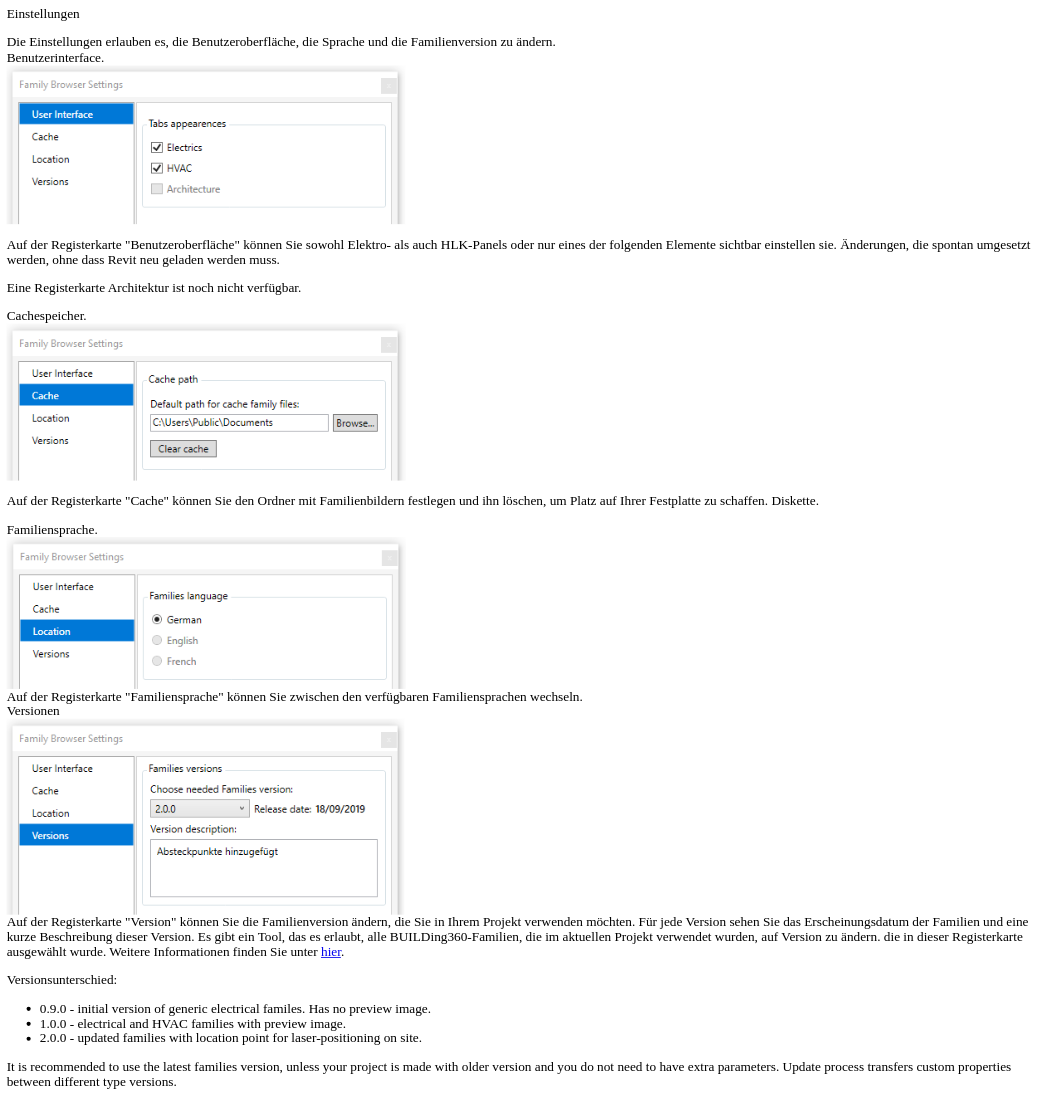
Repository: RomanLavrov/FamilyBrowserUserGuide
Page: http://localhost/FamilyBrowser/application/views/de/settings_view.php
An editor plug-in stored every save of this project. The page is shown before and after a run of saves, followed by the edit.
The browser window is 1280 px wide. The pictures show the whole page, at 83% of full size.
The page is run by PHP 8.4 with error messages shown; the project is at /var/www/html/.

Above is the page before, as saved 2019-10-24 16:13:03.

After the next 4 saves:
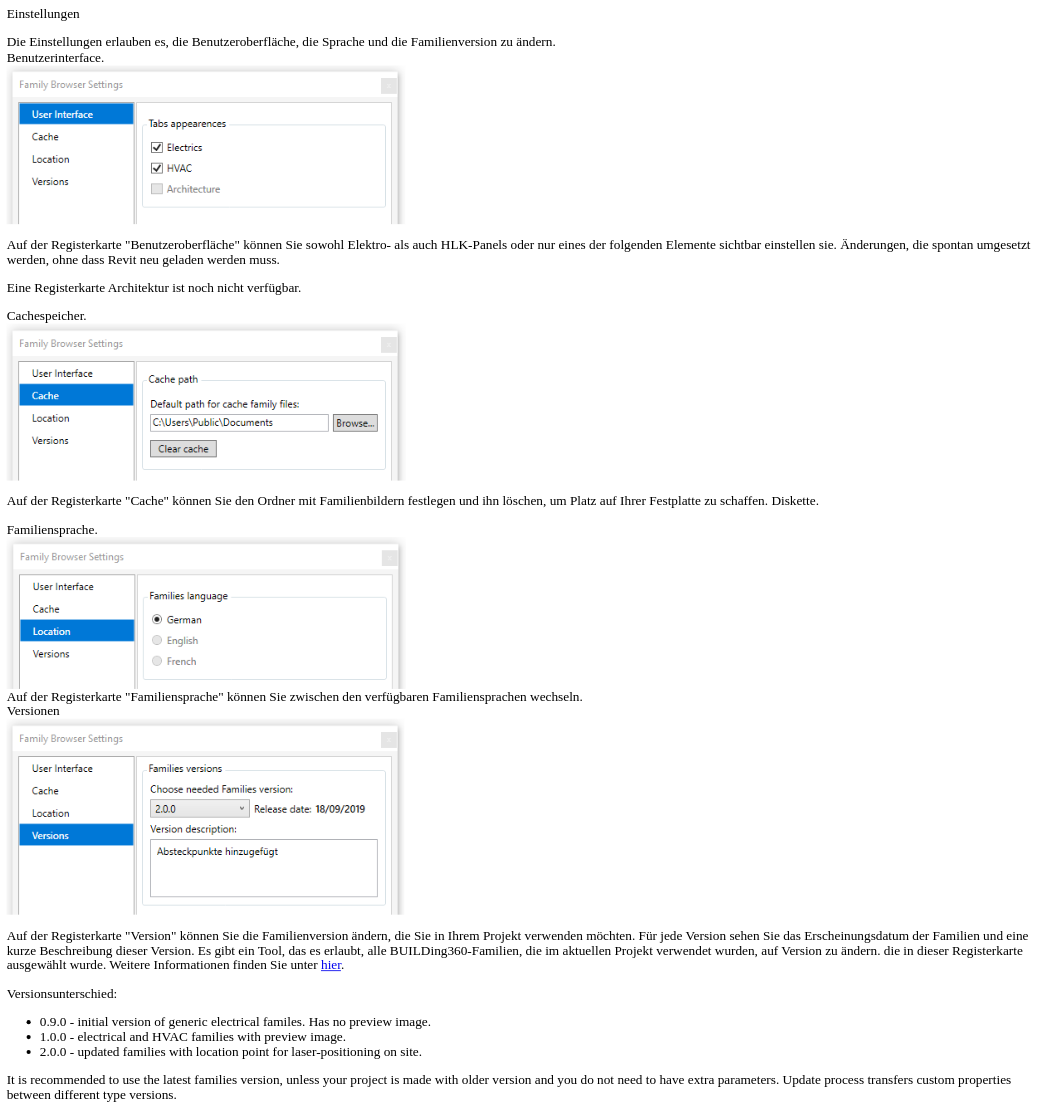
The 4 saves are shown as one change because they came seconds apart.
The last was saved 18 s later.
--- a/FamilyBrowser/application/views/de/settings_view.php
+++ b/FamilyBrowser/application/views/de/settings_view.php
@@ -60,10 +60,11 @@
                         alt="" />
             </div>
             <div class="col-md-5">
+                  <p>
             Auf der Registerkarte "Version" können Sie die Familienversion ändern, die Sie in Ihrem Projekt verwenden möchten.
                   Für jede Version sehen Sie das Erscheinungsdatum der Familien und eine kurze Beschreibung dieser Version.
                   Es gibt ein Tool, das es erlaubt, alle BUILDing360-Familien, die im aktuellen Projekt verwendet wurden, auf Version zu ändern.
-                  die in dieser Registerkarte ausgewählt wurde. Weitere Informationen finden Sie unter <a href="/FamilyBrowser/en/Update">hier</a>.
+                  die in dieser Registerkarte ausgewählt wurde. Weitere Informationen finden Sie unter <a href="/FamilyBrowser/en/Update">hier</a>.</p>
                   <p>
                         Versionsunterschied:
                   </p>
